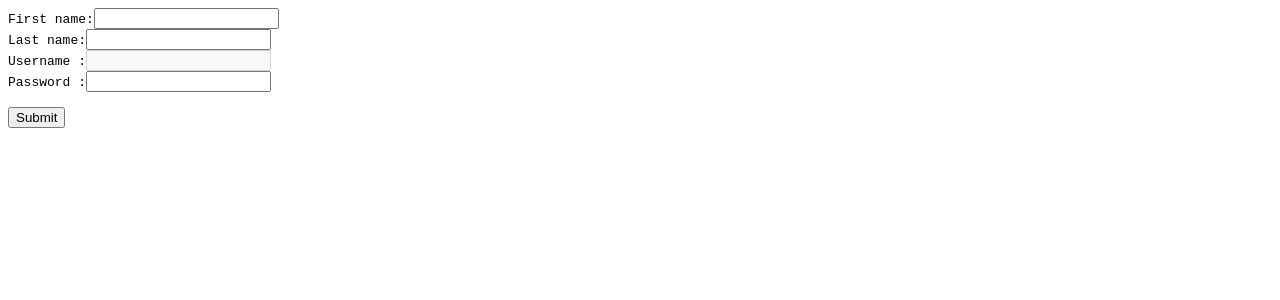
Repository: aneishkumar/AngularJS-Application
Page: Angularjs-Application-feb23rd/project2/WebContent/updateuser.html
These files come from the project's save history. The page is drawn as it stood at one moment and after the next save; the edit follows.
The browser window is 1280 px wide. The pictures show the whole page.

Above is the page before, as saved 2018-02-23 10:12:37.

After the next save:
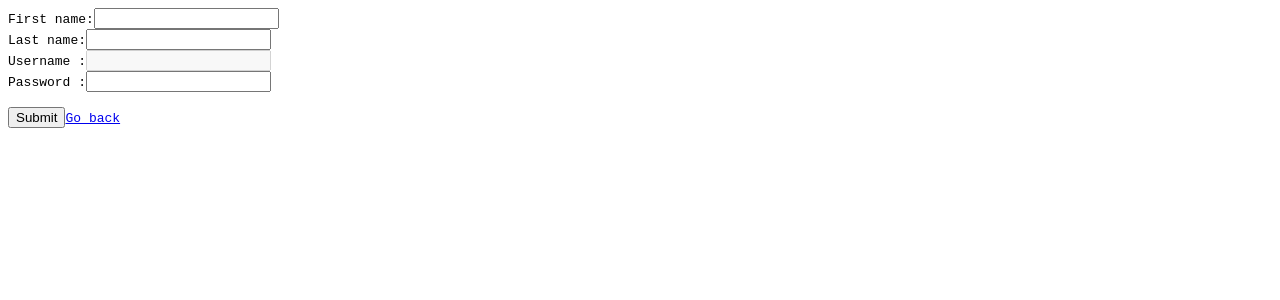
Saved 67 s later.
--- a/Angularjs-Application-feb23rd/project2/WebContent/updateuser.html
+++ b/Angularjs-Application-feb23rd/project2/WebContent/updateuser.html
@@ -5,7 +5,7 @@ Last name:<input type="text" ng-model="user.lastname">
 Username :<input type="text" ng-model="user.username" disabled="disabled">
 Password :<input type="password" ng-model="user.password">
 
-<input type="submit" ng-click="adduser(user)">
+<input type="submit" ng-click="Edit(user)"><a href="#/home">Go back</a>
 </pre>
 </form>
 <br>
